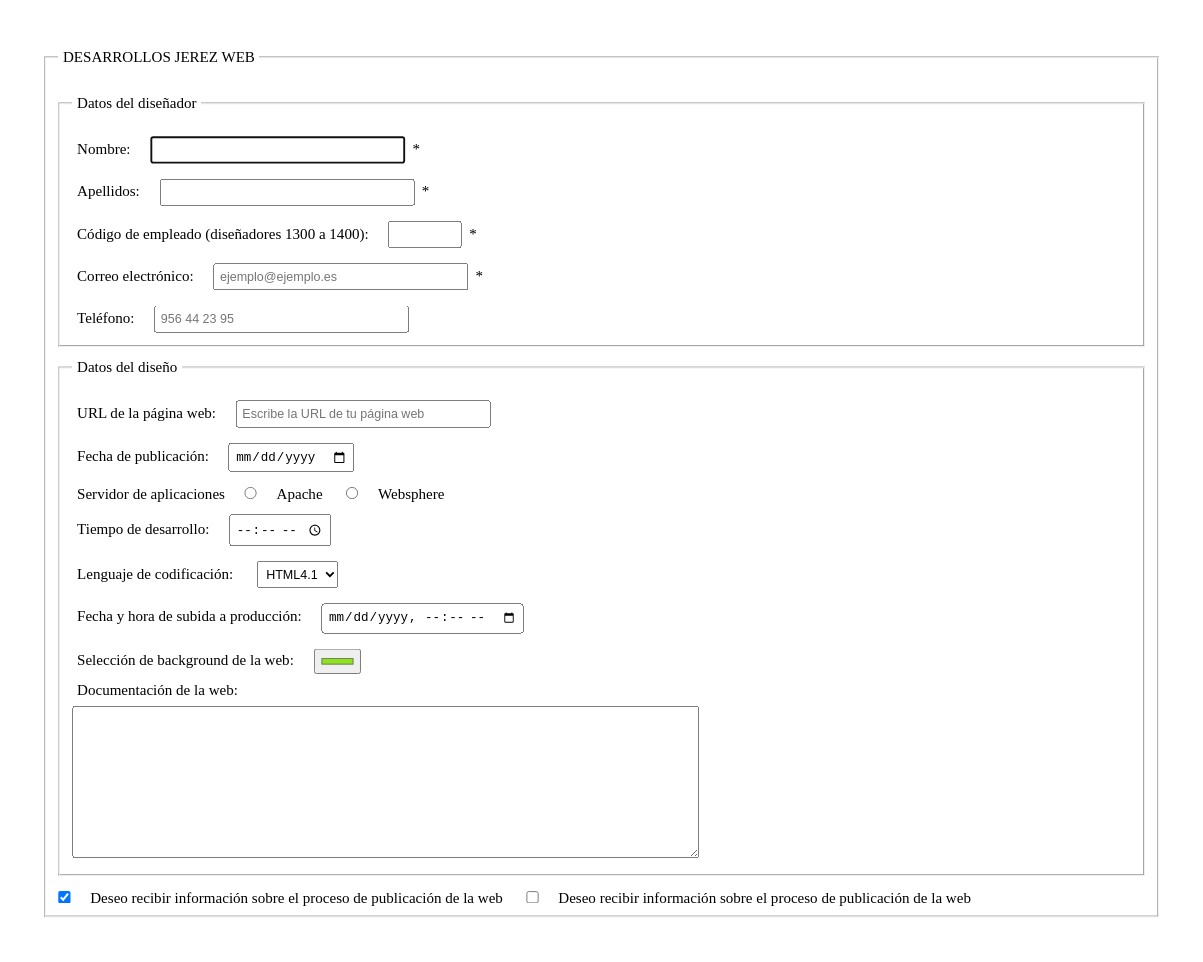
Repository: iSaan86/EV_Practica_FormularioCSS
Page: index.html
An editor plug-in stored every save of this project. The page is shown before and after the next save, followed by the edit.
The browser window is 1280 px wide. The pictures show the whole page, at 94% of full size.

Above is the page before, as saved 2024-01-11 17:19:24.

After the next save:
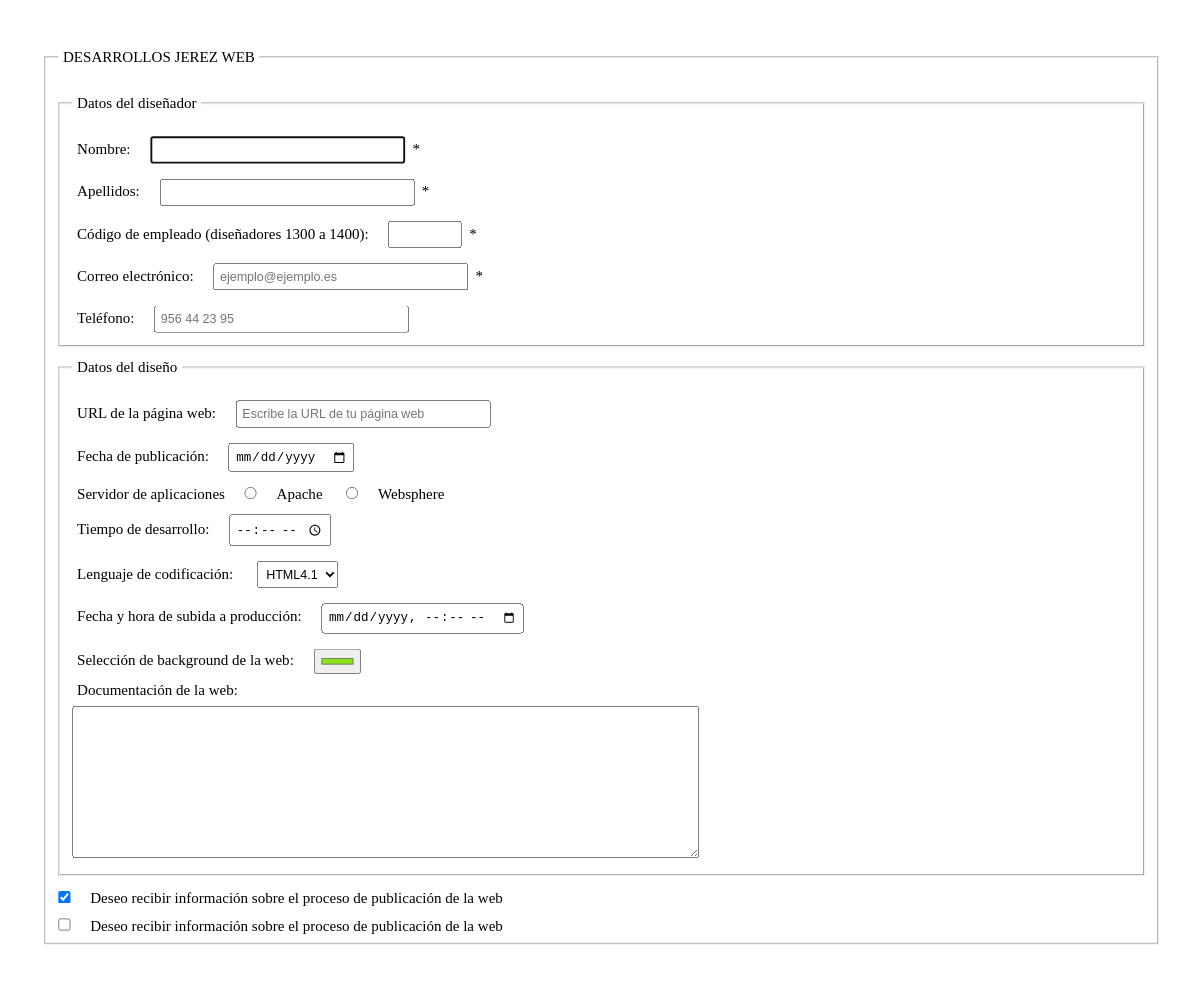
Saved 23 s later.
--- a/index.html
+++ b/index.html
@@ -42,7 +42,7 @@
                 <label for="areatexto">Documentación de la web:</label><br>
                 <textarea name="areatexto" cols="80" rows="10"></textarea>
             </fieldset>
-            <input type="checkbox" name="acepto1" id="acepto1" alt="Check acepto recibir información" checked><label for="acepto1">Deseo recibir información sobre el proceso de publicación de la web</label>
+            <input type="checkbox" name="acepto1" id="acepto1" alt="Check acepto recibir información" checked><label for="acepto1">Deseo recibir información sobre el proceso de publicación de la web</label><br>
             <input type="checkbox" name="acepto2" id="acepto2" alt="Check acepto condiciones"><label for="acepto1">Deseo recibir información sobre el proceso de publicación de la web</label>
 
         </fieldset>
